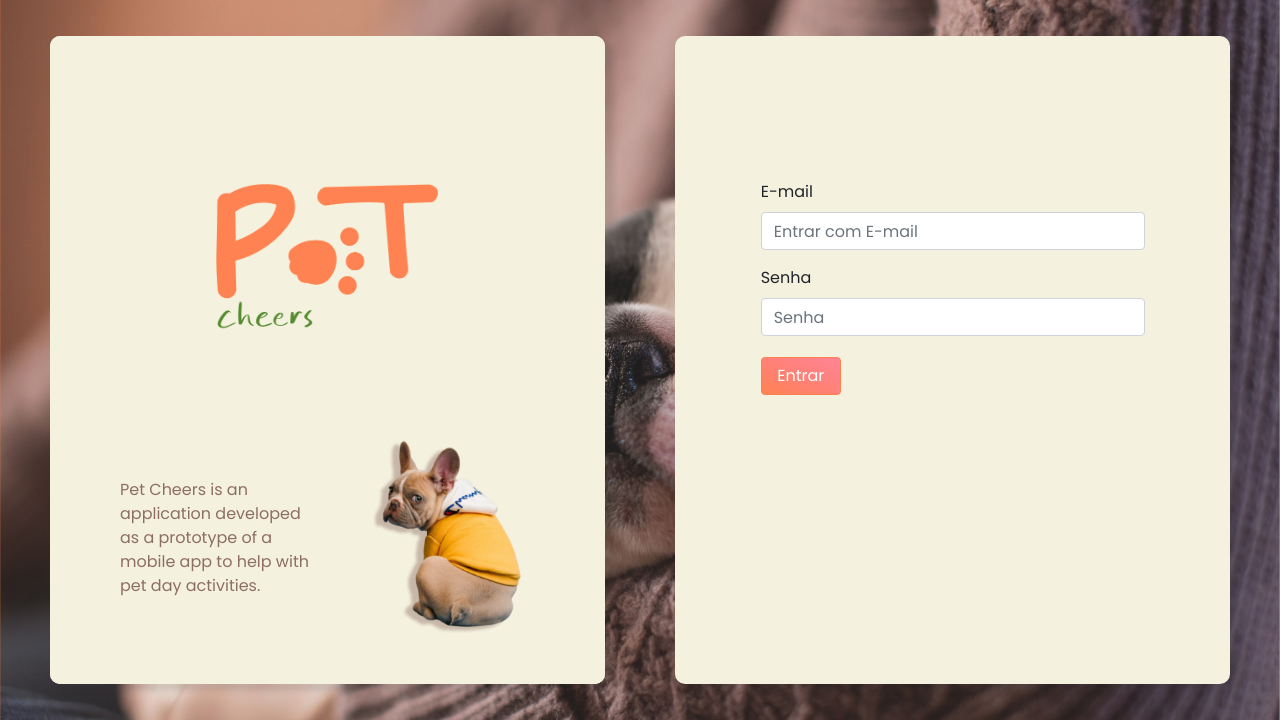
Repository: MilenaMelo/WebSite-PetCheers
Page: /
These files come from the project's save history. The page is drawn as it stood at one moment and after the next save; the edit follows.
The browser window is 1280 px wide. The pictures show the whole page.
The project was rebuilt for these pictures with package versions that can differ from the ones it lists, and the page was loaded fresh each time. Also part of the build but not shown: src/components/layout/LayoutNewData.vue. Imported but missing from the stored project, and not drawn on this page: src/pages/data/Data.vue.

Above is the page before, as saved 2020-09-02 19:03:43.
Console error: TypeError: Cannot read properties of null (reading 'style')

### src/main.js
import Vue from 'vue'
import App from './App.vue'
import router from './router'
import FirebaseVue from './firebase'
import './assets/scss/app.scss'

Vue.use(FirebaseVue)
Vue.config.productionTip = false

new Vue({
  router,
  render: h => h(App)
}).$mount('#app')

### src/App.vue
<template>
  <div id="app">
    <base-spinner/>
    <div class="container-fluid" v-if="isLogged">
      <div class="row">
        <div class="col-2 navigation-sidebar">
            <layout-new-data></layout-new-data>
        </div>
        <div class="col">
             <router-view/>
        </div>
      </div>
    </div>
    <router-view v-else/>
  </div>
</template>

<script>
import BaseSpinner from './components/global/BaseSpinner'
import LayoutNewData from './components/layout/LayoutNewData'

export default {
  name: 'App',
  components: {
    BaseSpinner,
    LayoutNewData
  },
  data: () => ({ isLogged: false }),
  mounted () {
    this.$firebase.auth().onAuthStateChanged(user => {
      window.uid = user ? user.uid : null
      this.isLogged = !!user
      // eslint-disable-next-line no-undef
      console.log(uid)
      this.$router.push({ name: window.uid ? 'home' : 'login' }).catch(() => {})
      setTimeout(() => {
        this.$root.$emit('Spinner::hide')
      }, 1000)
    })
  }
}
</script>

<style lang="scss">
.navigation-sidebar {
  background-color: var(--orange);
}
</style>

### src/router/index.js
import Vue from 'vue'
import VueRouter from 'vue-router'

Vue.use(VueRouter)

const routes = [
  {
    path: '/',
    name: 'home',
    meta: {
      icon: 'home',
      title: 'Início'
    },
    component: () => import(/* webpackChunkName: "home" */ '../pages/home/Home')
  },
  {
    path: '/data',
    name: 'data',
    meta: {
      icon: 'data',
      title: 'Dados'
    },
    component: () => import(/* webpackChunkName: "data" */ '../pages/data/Data.vue')
  },
  {
    path: '/login',
    name: 'login',
    meta: {
      icon: 'login',
      title: 'Login'
    },
    // route level code-splitting
    // this generates a separate chunk (login.[hash].js) for this route
    // which is lazy-loaded when the route is visited.
    component: () => import(/* webpackChunkName: "login" */ '../pages/login/Login')
  }
]

const router = new VueRouter({
  mode: 'history',
  base: process.env.BASE_URL,
  routes
})

router.beforeEach((to, from, next) => {
  document.title = `${to.meta.title} - Petcheers`

  if (!window.uid && to.name !== 'login') {
    next({ name: 'login' })
  } else {
    next()
  }
})

export default router

### src/firebase/index.js
// eslint-disable-next-line no-unused-vars
import firebase from 'firebase/app'
import 'firebase/auth'
import 'firebase/storage'
import 'firebase/database'

export const firebaseApp = firebase.initializeApp({
  apiKey: process.env.VUE_APP_API_KEY,
  authDomain: process.env.VUE_APP_AUTH_DOMAIN,
  databaseURL: process.env.VUE_APP_DATABASE_URL,
  projectId: process.env.VUE_APP_PROJECT_ID,
  storageBucket: process.env.VUE_APP_STORAGE_BUCKET,
  messagingSenderId: process.env.VUE_APP_MESSAGING_SENDER_ID,
  appId: process.env.VUE_APP_APP_ID,
  measurementId: process.env.VUE_APP_MEASUREMENT_ID
})

export default function install (Vue) {
  Object.defineProperty(Vue.prototype, '$firebase', {
    get () {
      return firebaseApp
    }
  })
}

### src/assets/scss/app.scss
@import url('https://fonts.googleapis.com/css?family=Poppins');
@import '../../../node_modules/bootstrap/dist/css/bootstrap.css';
@import '../../../node_modules/@fortawesome/fontawesome-free/css/all.css';
@import '_variables';

* {
  font-family: 'Poppins', 'Avenir', sans-serif;
}

.btn-primary {
  width: 80px;
  margin-top: 5px;
  background-image: linear-gradient(to right top, #ff8352, #ff8165, #ff8177, #ff8287, #ff8597);
  border-color: $orange;
  background-color: $orange;
  &:hover {
    background-color: $orange;
  }
}
.btn-outline-secondary {
  width: 200px;
  color: var(--orange) !important;
  border-color: var(--orange) !important;
  &:hover, &:visited, &:active {
    background-color:  var(--orange) !important;
    color: var(--featured) !important;
  }
}
a {
  color: var(--featured) !important;
  &:hover {
    color: var(--brown) !important;
    translate: .4s;
  }
  &:active {
    color: var(--brown) !important;
  }
}

### src/components/global/BaseSpinner.vue
<template>
  <div class="base-spinner" v-on="startSpinner()" v-if="visible" >
    <img src="../../assets/images/basespinner.png" alt="basespinner" />
    <ol class="items">
      <li class="circle-one" id="one"></li>
      <li class="circle-two" id="two"></li>
      <li class="circle-three" id="three"></li>
    </ol>
  </div>
</template>

<script>
// Component use
export default {
  // Variables
  data () {
    return {
      visible: true
    }
  },
  created () {
    // Event of the action (Spinner::show or Spinner::hide)
    // Listener of aplication
    this.$root.$on('Spinner::show', () => { this.visible = true })
    this.$root.$on('Spinner::hide', () => { this.visible = false })
  },
  methods: {
    startSpinner () {
      // eslint-disable-next-line no-unused-vars
      var id = ['one', 'two', 'three']
      // Defining the action of the base spinner

      // eslint-disable-next-line eqeqeq
      for (var x = 0; x < 10; x++) {
        setInterval(
          function () {
            document.getElementById('three').style.backgroundColor = '#FF8352'
          }, 250)
        setInterval(
          function () {
            document.getElementById('two').style.backgroundColor = '#FF8352'
          }, 500)
        setInterval(
          function () {
            document.getElementById('one').style.backgroundColor = '#FF8352'
          }, 1000)
        setInterval(
          function () {
            document.getElementById('three').style.backgroundColor = '#fff'
            document.getElementById('two').style.backgroundColor = '#fff'
            document.getElementById('one').style.backgroundColor = '#fff'
          }, 4000)
      }
    }
  }
}

</script>

<style lang="scss" scoped>
@import '../../assets/scss/variables';

.base-spinner {
  height: 100vh;
  width: 100vw;
  display: flex;
  justify-content: center;
  align-items: center;
  .items{
    list-style-type: none;
    padding-left: 3px;
    margin-bottom: 20x;
  }
  .circle-one, .circle-two, .circle-three {
    width: 35px;
    height: 35px;
    border-radius: 100%;
    margin-bottom: 4px;
  }
  .circle-two {
    margin-left: 10px;
  }
}
</style>

### src/pages/login/Login.vue
<template>
  <div class="login">
    <div class="login-left">
          <div class="section-one">
            <div class="section-text">
              <p class="display-5" >Pet Cheers is an
                  application developed as a prototype of a
                  mobile app to help with pet day activities.</p>
            </div>
            <div class="one-img">
              <img class="img" src="../../assets/images/img01.png" alt="">
          </div>
  </div>
    </div>
    <div class="login-right">
      <!-- The @submit.prevent="doLogin()" makes to active the function listened to get the informations in firebase -->
      <form @submit.prevent="doLogin()" class="form-login">
        <div class="form-group">
          <label for="exampleInputEmail1">E-mail</label>
          <!-- The v-model directive will call the type 'email' and 'password'-->
          <input
            required
            type="email"
            v-model="email"
            class="form-control"
            id="exampleInputEmail1"
            aria-describedby="emailHelp"
            placeholder="Entrar com E-mail"
          />
          <small
            id="emailHelp"
            class="form-text text-muted"/>
        </div>
        <div class="form-group">
          <label for="exampleInputPassword1">Senha</label>
          <input
            required
            type="password"
            v-model="password"
            class="form-control"
            id="exampleInputPassword1"
            placeholder="Senha"
          />
        </div>
        <!-- <div class="form-check">
          <input type="checkbox" class="form-check-input" id="exampleCheck1" />
          <label class="form-check-label" for="exampleCheck1">Lembre de mim</label>
        </div> -->
        <button type="submit" class="btn btn-primary" :disabled = 'loading'>
          <template v-if="loading">
            <i class="fa fa-spinner fa-spin"></i>
          </template>
          <template v-else>
            Entrar
          </template>
        </button>
      </form>
    </div>
  </div>
</template>

<script>
// Here the method is called for an action, passing the data like variables
// And to pass the informations (variables) is necessary a directive: v-model as attribute
// of the input (HTML)
export default {
  name: 'Login',
  data: () => {
    return {
      loading: false,
      email: '',
      password: ''
    }
  },
  methods: {
    // Async method because has await the action of the auth()
    async doLogin () {
      this.loading = true
      // Use the firebase variable to authenticate by calling the auth(), authenticate method
      // signInWithEmailAndPassword() is a method
      // So, configure the authentication page in Firebase database and your
      const { email, password } = this

      try {
        const res = await this.$firebase.auth().signInWithEmailAndPassword(email, password)
        // variable window.uid to know if is logged
        window.uid = res.user.uid
        // redirect to Home page route
        this.$router.push({ name: 'home' })
      } catch (err) {
        console.log(err)
      }
      this.loading = false
    },
    beforeRouteEnter (to, from, next) {
      next(vm => {
        if (window.uid) {
          vm.$router.push({ name: 'home' })
        }
      })
    }
  }
}
</script>

<style lang="scss" scoped>
.login {
  background-image: url('../../assets/images/ativo9.png');
  background-repeat: no-repeat;
  background-size: cover;
  background-position: center;
  display: flex;
  justify-content: space-between;
  align-items: center;
  height: 100vh;
  background-color: var(--orange);
  padding-right: 50px;
  padding-left: 50px;
}
.login-right, .login-left {
  display: flex;
  justify-content: center;
  align-items: center;
  background-color: var(--featured);
  width: 47%;
  height: 90%;
  border-radius: 10px;
  -webkit-box-shadow: 9px 7px 5px rgba(50, 50, 50, 0.15);
  -moz-box-shadow:    9px 7px 5px rgba(50, 50, 50, 0.50);
  box-shadow:         9px 7px 5px rgba(50, 50, 50, 0.12);
}
.form-login {
  width: 30vw;
  height: 50vh;
}
.section-one {
    background-image: url('../../assets/images/ativo4.png');
    background-repeat: no-repeat;
    background-position: center 30%;
    background-size: 40%;
    display: flex;
    justify-content: space-between;
    align-items: flex-end;
    background-color: var(--featured);
    height: 100%;
    width: 100%;
    padding: 0px 70px 40px 70px;
    border-radius: 10px;
    .section-text {
      width: 130%;
      color: var(--brown);
      padding-bottom: 30px;
    }
    .img {
      padding-bottom: 10px;
      width: 100%;
    }
}
@media (max-width: 1064px) {
  .login {
    display: flex;
    justify-content: center;
    align-items: center;
  }
  .login-left {
    display: none;
  }
  .login-right {
    width: 63%;
  }
}
</style>

### src/assets/scss/_variables.scss
$orange: #FF8352 !important;
$pink: #FF8597 !important;
$salmon: #C17D75 !important;
$brown: #8D6E63 !important;
$green: #558B2F !important;
$grey: #EDE9D0 !important;
$featured: #f4f1de !important;

:root {
    --orange: #{$orange};
    --pink: #{$pink};
    --salmon: #{$salmon};
    --brown: #{$brown};
    --green: #{$green};
    --grey: #{$grey};
    --featured: #{$featured};
  }

Loaded but not shown: public/index.html (common file)

After the next save:
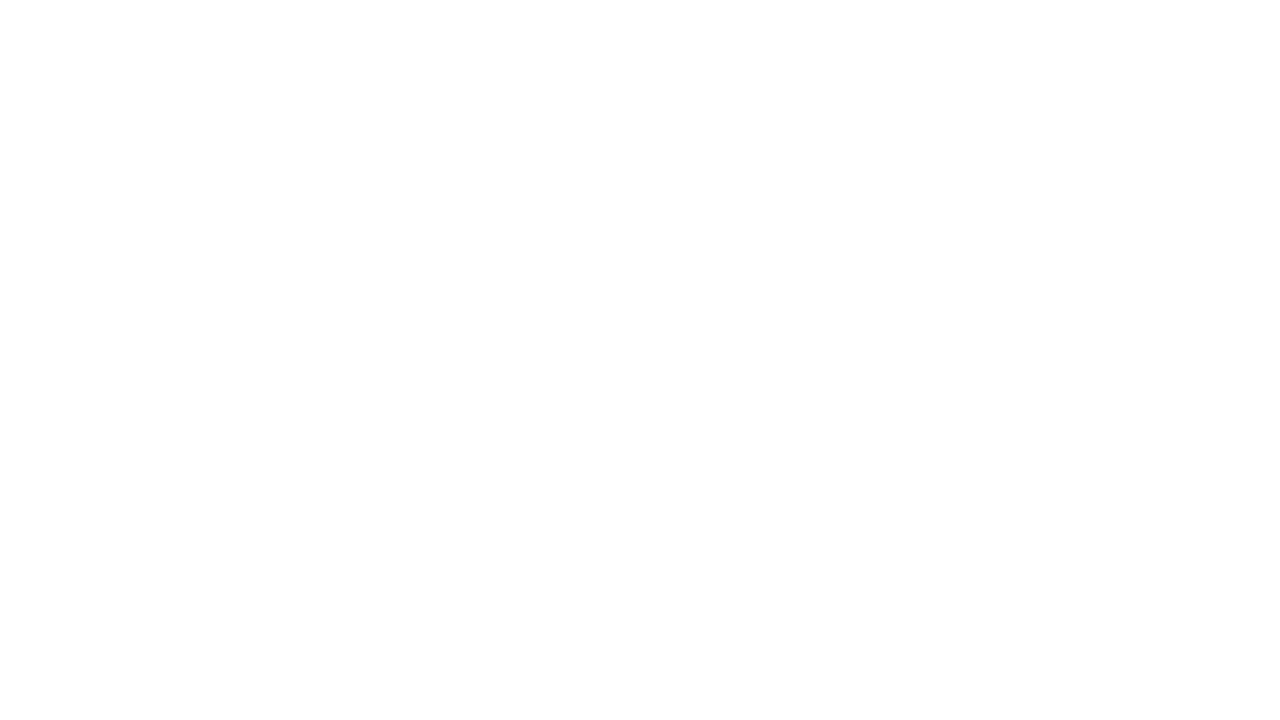
Saved 33 s later.
--- a/src/router/index.js
+++ b/src/router/index.js
@@ -43,7 +43,7 @@
 })
 
 router.beforeEach((to, from, next) => {
-  document.title = `${to.meta.title} - Petcheers`
+  document.title = `${this.meta.title} - Petcheers`
 
   if (!window.uid && to.name !== 'login') {
     next({ name: 'login' })

After the save that followed:
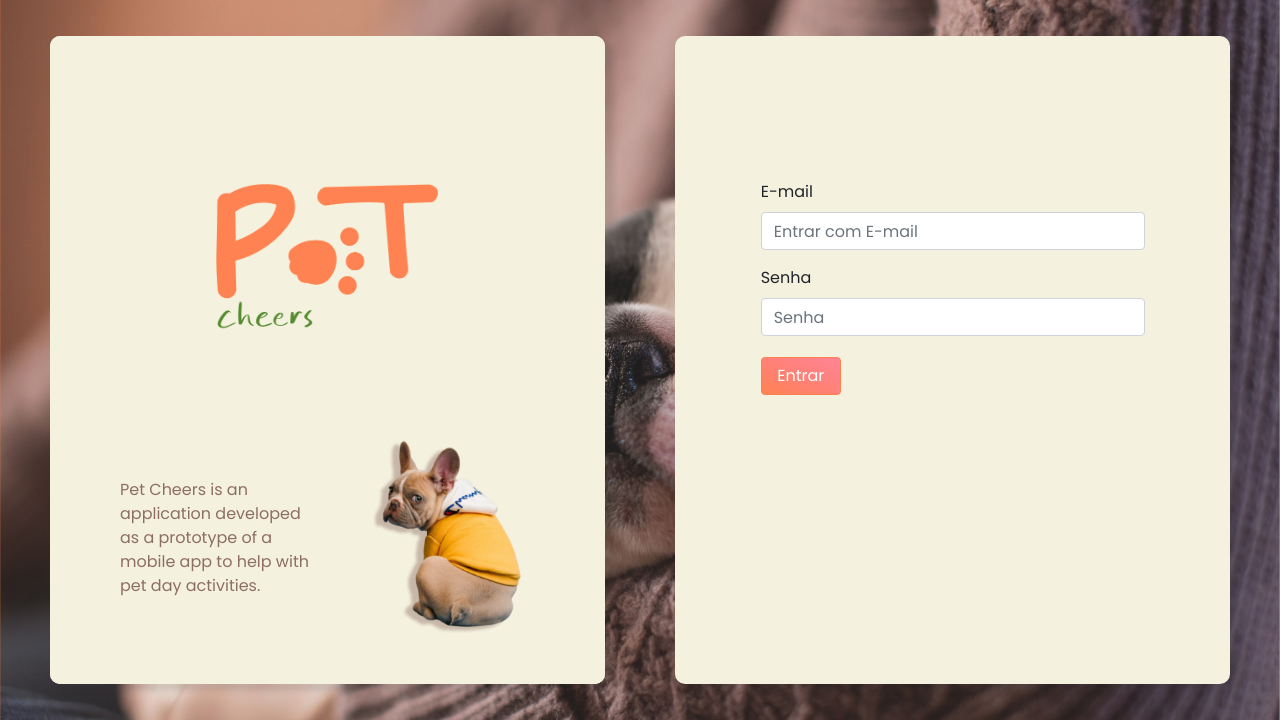
Saved 12 s later.
--- a/src/router/index.js
+++ b/src/router/index.js
@@ -43,7 +43,7 @@
 })
 
 router.beforeEach((to, from, next) => {
-  document.title = `${this.meta.title} - Petcheers`
+  document.title = `${to.meta.title} - Petcheers`
 
   if (!window.uid && to.name !== 'login') {
     next({ name: 'login' })
